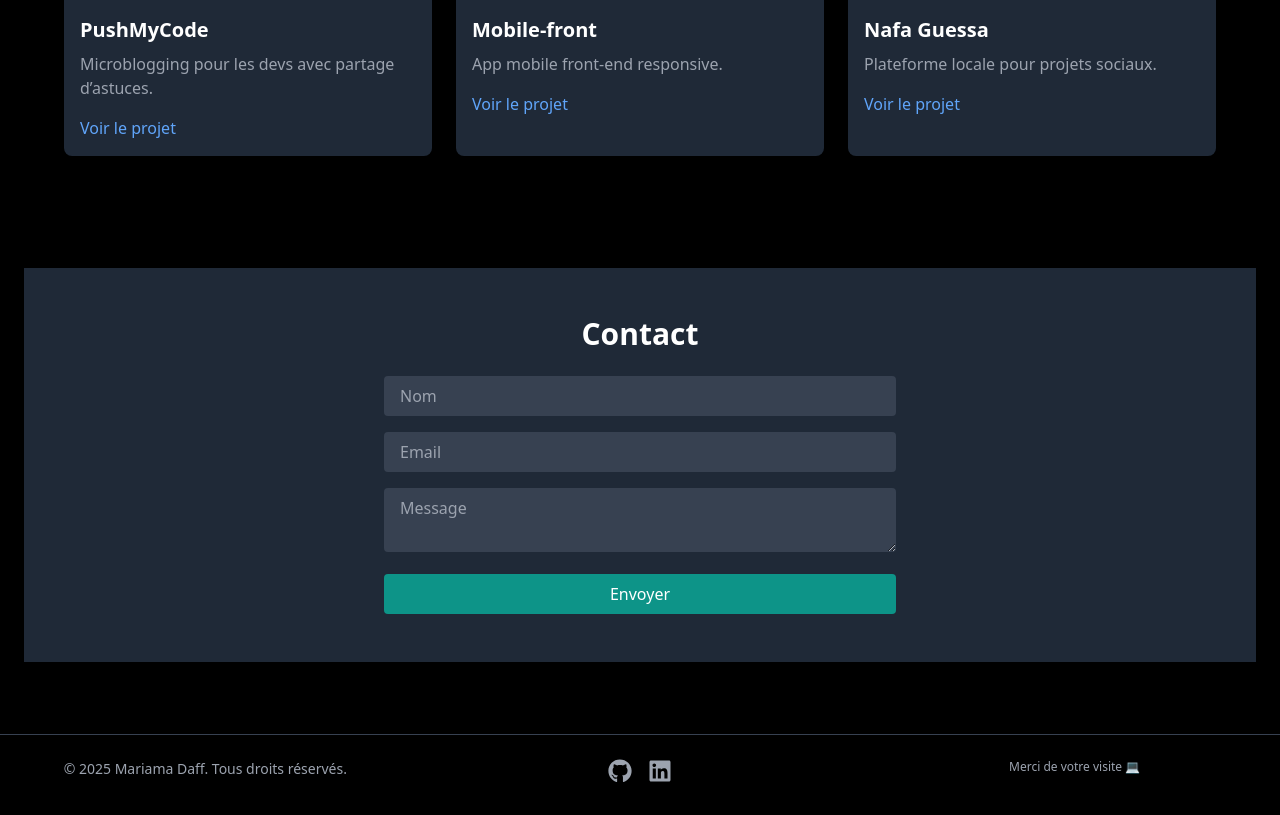
Repository: mariamdaff/Projets_Perso
Page: / (app in mon_portfolio/)
The author's editor kept a copy of each file at every save. The page is drawn from the files as they stood at one save, then again after the next save.
The browser window is 1280 px wide. The pictures show the part of the page from y = 1820 to 2635 px (the page is 2635 px tall before and 2603 px after).
The project was rebuilt for these pictures with package versions that can differ from the ones it lists, and the page was loaded fresh each time. Also part of the build but not shown: mon_portfolio/vite.config.js.

Above is the page before, as saved 2025-04-23 01:37:08.

After the next save:
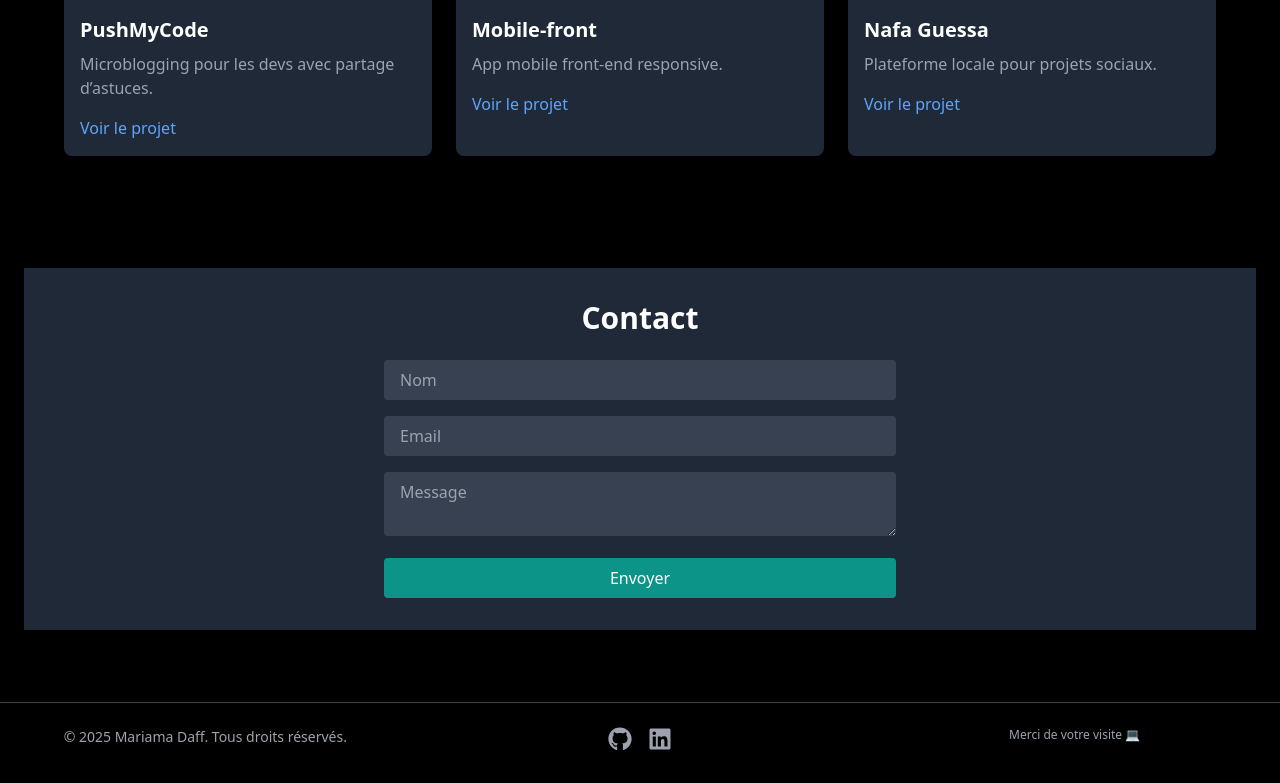
Saved 2 min 25 s later.
--- a/mon_portfolio/src/components/contact/Contact.jsx
+++ b/mon_portfolio/src/components/contact/Contact.jsx
@@ -26,7 +26,7 @@
   };
 
   return (
-    <section className="py-12 text-center bg-gray-800 text-white px-4">
+    <section className="py-8 text-center bg-gray-800 text-white px-4">
       <h2 className="text-3xl font-semibold mb-6">Contact</h2>
 
       {!isSubmitted ? (
